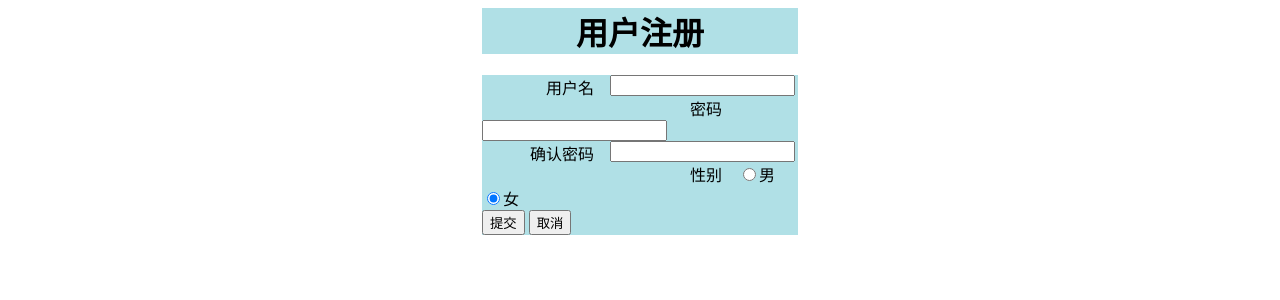
Repository: never-404/Intelligent-recommendation-system
Page: http://localhost/Intelligent-recommendation-system/register.jsp
The author's editor kept a copy of each file at every save. The page is drawn from the files as they stood at one save, then again after the next save.
The browser window is 1280 px wide. The pictures show the whole page.
The page is served by Tomcat 9. Nobody is signed in. The application's start-up code is not run.

Above is the page before, as saved 2019-04-12 07:40:51.

After the next save:
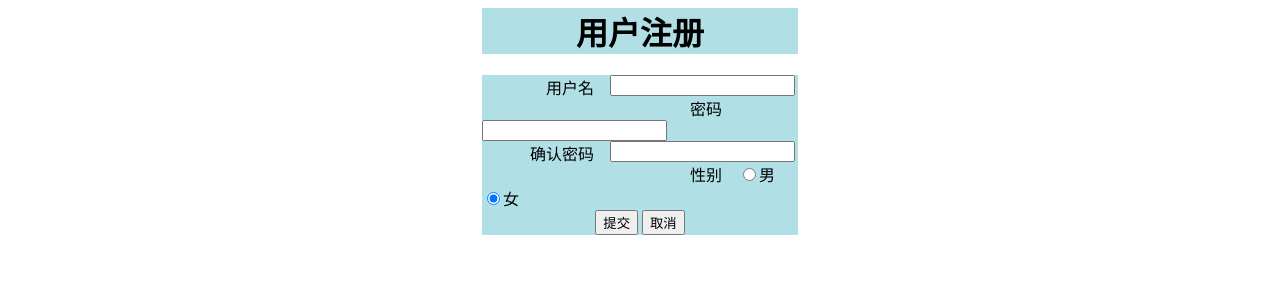
Saved 38 s later.
--- a/Intelligent-recommendation-system/WebRoot/register.jsp
+++ b/Intelligent-recommendation-system/WebRoot/register.jsp
@@ -15,6 +15,10 @@
 			width:25%;
 			background-color:#b0e0e6;
 		}
+        .a{
+            text-align:center;
+            vertical-align:middle;
+        }
 		lable { float: left; width: 7em; margin-right:1em; text-align: right; }
 		h1	  {text-align: center}
 </style>
@@ -32,8 +36,10 @@
 			<lable>性别</lable>
 				<input name="sex" type="radio" value="男" checked>男
 				<input name="sex" type="radio" value="女" checked>女<BR>
+		<div class="a">
 			<input type="submit" value ="提交">
 			<input type="reset"  value="取消">
+		</div>
 		</form>
 	</div>
 
